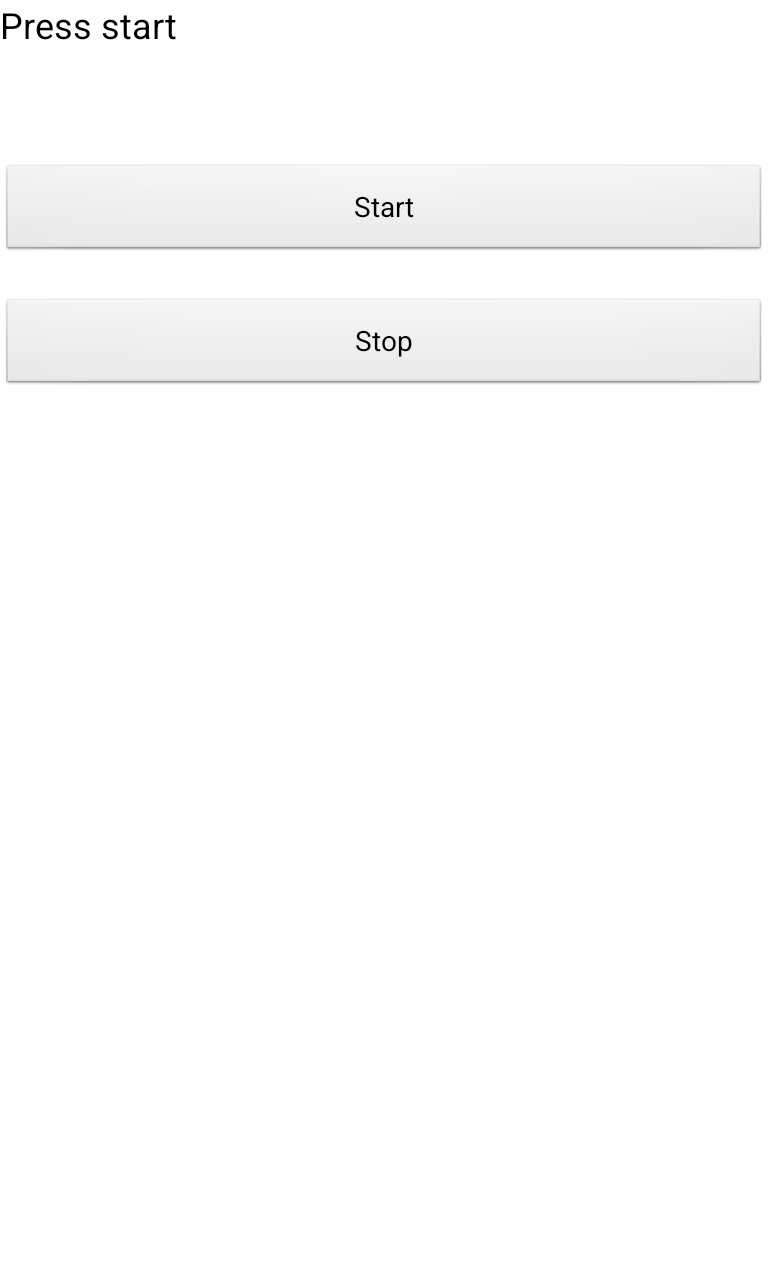
Repository: agejku/Embedded-Systems
Layout: Positionsensor/res/layout/main.xml
These files come from the project's save history. The layout is drawn as it stood at one moment and after a run of saves; the edit follows.
It is drawn on a 768 x 1280 px phone screen (xhdpi) without system bars, with theme AppTheme; the app's code is not run.

Above is the layout before, as saved 2014-04-23 15:54:18.

After the next 2 saves:
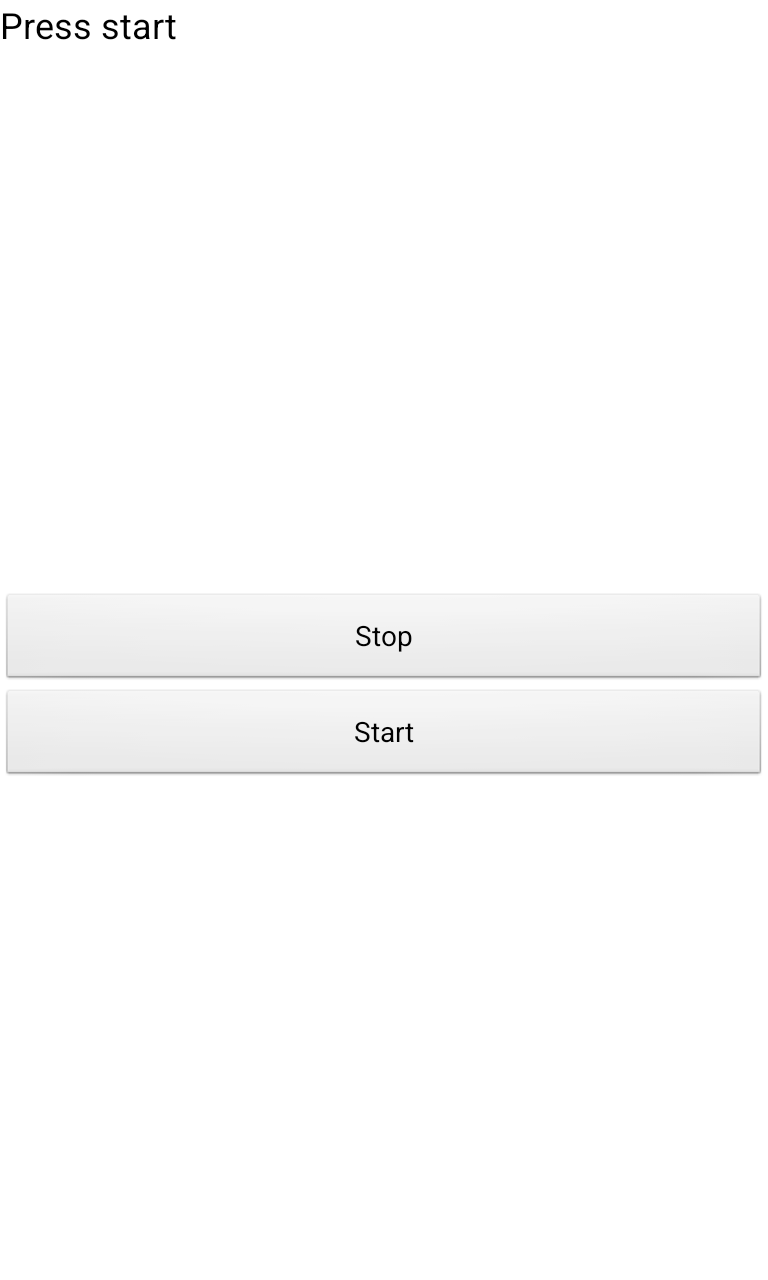
The 2 saves are shown as one change because 1 did not build or start.
The last was saved 84 s later.
--- a/Positionsensor/res/layout/main.xml
+++ b/Positionsensor/res/layout/main.xml
@@ -5,43 +5,42 @@
     android:layout_height="fill_parent"
     android:orientation="vertical" >
 
-    <TextView
-        android:id="@+id/network1"
-        android:layout_width="wrap_content"
-        android:layout_height="wrap_content"
-        android:layout_alignParentLeft="true"
-        android:layout_alignParentTop="true"
-        android:text="@string/network1"
-        android:textAppearance="?android:attr/textAppearanceMedium" />
 
-    <LinearLayout
-        android:id="@+id/linearLayout1"
-        android:layout_width="wrap_content"
-        android:layout_height="wrap_content"
-        android:layout_alignParentLeft="true"
-        android:layout_alignParentRight="true"
-        android:layout_below="@+id/network1" >
-    </LinearLayout>
+   <TextView
+       android:id="@+id/network1"
+       android:layout_width="wrap_content"
+       android:layout_height="wrap_content"
+       android:layout_alignParentLeft="true"
+       android:layout_alignParentTop="true"
+       android:text="@string/network1"
+       android:textAppearance="?android:attr/textAppearanceMedium" />
 
-    <Button
-        android:id="@+id/btnStartService"
-        android:layout_width="fill_parent"
-        android:layout_height="wrap_content"
-        android:layout_below="@+id/linearLayout1"
-        android:layout_marginTop="57dp"
-        android:layout_weight="0.32"
-        android:onClick="startService"
-        android:text="@string/start_service" />
 
-    <Button
-        android:id="@+id/btnStopService"
-        android:layout_width="fill_parent"
-        android:layout_height="wrap_content"
-        android:layout_alignParentLeft="true"
-        android:layout_below="@+id/btnStartService"
-        android:layout_marginTop="19dp"
-        android:layout_weight="0.32"
-        android:onClick="stopService"
-        android:text="@string/stop_service" />
+
+   <Button
+       android:id="@+id/btnStopService"
+       android:layout_width="fill_parent"
+       android:layout_height="wrap_content"
+       android:layout_alignParentLeft="true"
+       android:layout_centerVertical="true"
+       android:layout_toLeftOf="@+id/rssiNet5"
+       android:onClick="stopService"
+       android:text="@string/stop_service" />
+
+   <Button
+       android:id="@+id/btnStartService"
+       android:layout_width="fill_parent"
+       android:layout_height="wrap_content"
+       android:layout_below="@+id/btnStopService"
+       android:layout_centerHorizontal="true"
+       android:onClick="startService"
+       android:text="@string/start_service" />
+
+   <LinearLayout
+       android:layout_width="wrap_content"
+       android:layout_height="wrap_content"
+       android:layout_alignParentLeft="true"
+       android:layout_below="@+id/netzwerk5" >
+   </LinearLayout>
 
 </RelativeLayout>
